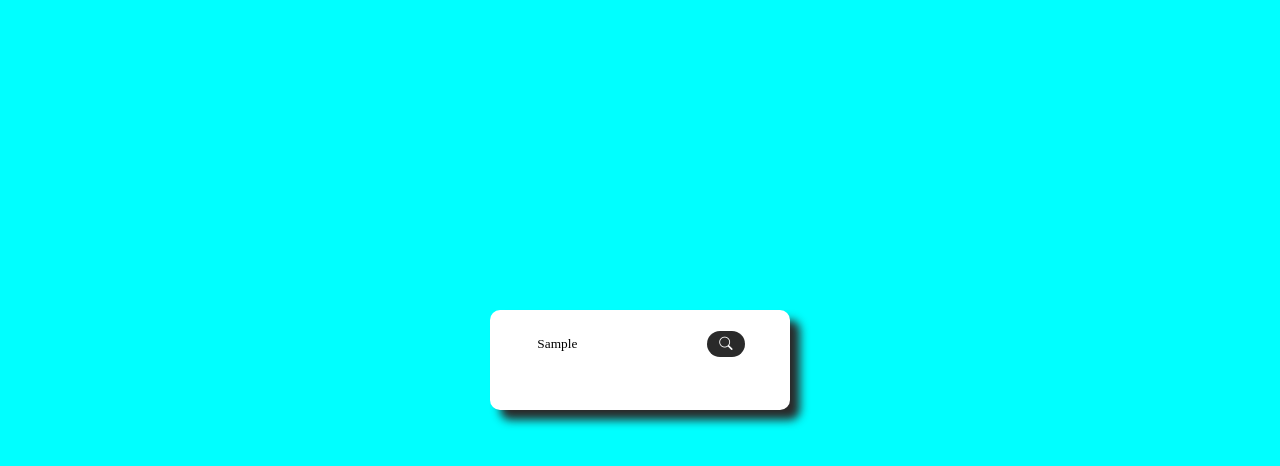
Repository: CrissRT/weather
Page: index.html
These files come from the project's save history. The page is drawn as it stood at one moment and after the next save; the edit follows.
The browser window is 1280 px wide. The pictures show the whole page.
Empty fields were first filled with sample values (such as "Sample", 5 or name@example.com).
After loading, the first visible `#search-input` was changed once.
Some web fonts or font styles are not loaded; a fallback is used.

Above is the page before, as saved 2024-06-30 19:06:38.
Console error: TypeError: Cannot set properties of null (setting 'innerHTML')

After the next save:
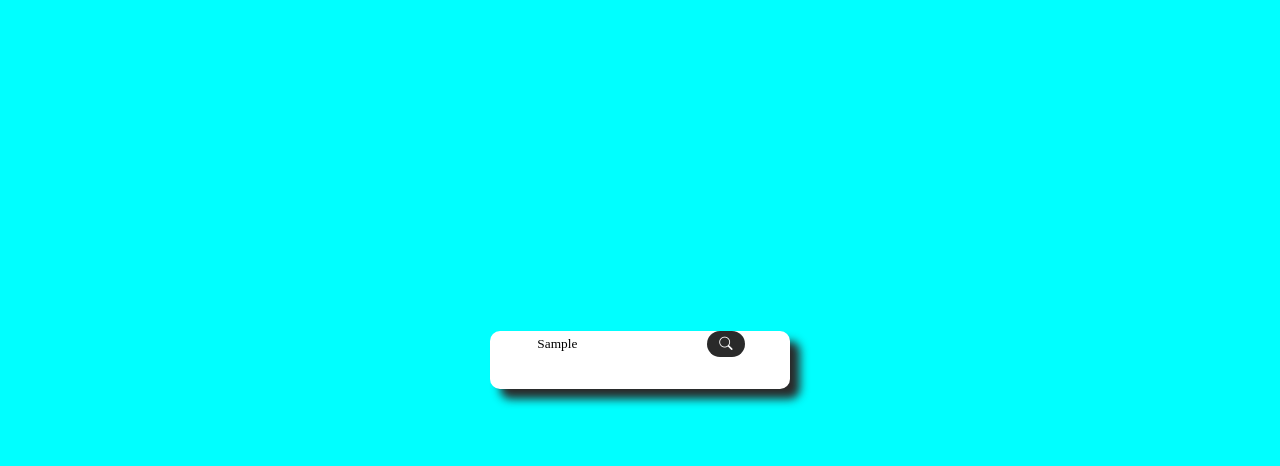
The error is gone.
Saved 19 s later.
--- a/scripts.js
+++ b/scripts.js
@@ -8,7 +8,7 @@ document.addEventListener("DOMContentLoaded", function() {
     search_input.addEventListener("input", change_input_search);
 
     function change_input_search(){
-        const suggestion_output = document.getElementById("output");
+        const suggestion_output = document.getElementById("suggestions");
         suggestion_output.innerHTML = "";
         const main_app = document.querySelector(".main-app");
         main_app.style.height = "auto";
